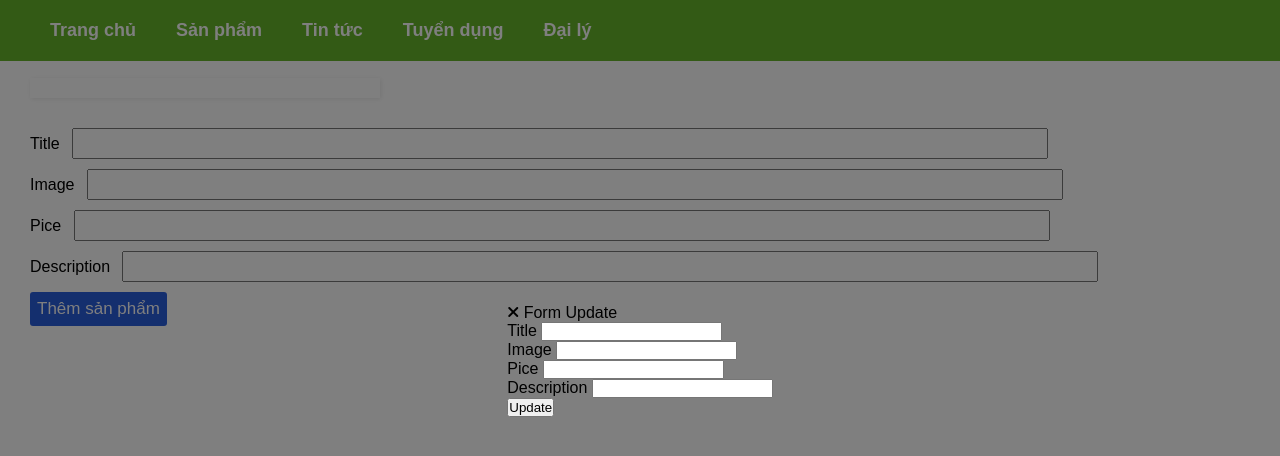
Repository: Ngoc28/CURD_HTML-CSS_JS_JSON
Page: index.html
The author's editor kept a copy of each file at every save. The page is drawn from the files as they stood at one save, then again after the next save.
The browser window is 1280 px wide. The pictures show the whole page.
The page's requests for data from a server got no answer.

Above is the page before, as saved 2023-04-11 09:36:54.

### index.html
<!DOCTYPE html>
<html lang="en">
<head>
    <meta charset="UTF-8">
    <meta http-equiv="X-UA-Compatible" content="IE=edge">
    <meta name="viewport" content="width=device-width, initial-scale=1.0">
    <title>CURD Cơ bản</title>
    <link rel="stylesheet" href="https://cdnjs.cloudflare.com/ajax/libs/font-awesome/6.4.0/css/all.min.css" integrity="sha512-iecdLmaskl7CVkqkXNQ/ZH/XLlvWZOJyj7Yy7tcenmpD1ypASozpmT/E0iPtmFIB46ZmdtAc9eNBvH0H/ZpiBw==" crossorigin="anonymous" referrerpolicy="no-referrer" />
    <link rel="stylesheet" href="./asset/css/style.css">
</head>
<body>
    <header class="header-menu">
        <ul class="list-menu">
            <li class="item-menu"><a href="">Trang chủ</a></li>
            <li class="item-menu"><a href="">Sản phẩm</a></li>
            <li class="item-menu"><a href="">Tin tức</a></li>
            <li class="item-menu"><a href="">Tuyển dụng</a></li>
            <li class="item-menu"><a href="">Đại lý</a></li>
        </ul>
    </header>
    <div class="main">
        <div class="title-product">
            <h2 class="title">Sản phẩm của chúng tôi</h2>
        </div>
        <div class="products">
            <div class="product">
                <!-- <h3 class="product-name">Coca-Cola</h3>
                <img src="https://cdn.tgdd.vn/Products/Images/2947/190310/bhx/sua-trai-cay-nutriboost-huong-cam-297ml-202202122134380628.jpg" alt="" class="product-img">
                <spam class="product-price">18.000</spam>
                <span class="product-description">Nutriboost là thức uống dinh dưỡng kết hợp sữa và nước trái cây thơm ngon, giúp bạn luôn tràn năng lượng cho một ngày làm việc hiệu quả.</span> -->
            </div>
        </div>
    </div>
    <div class="form">
        <div class="form-1">
            <label for="">Title</label>
            <input type="text" name="title">
        </div>
        <div class="form-1">
            <label for="">Image</label>
            <input type="text" name="image">
        </div>
        <div class="form-1">
            <label for="">Pice</label>
            <input type="text" name="price">
        </div>
        <div class="form-1">
            <label for="">Description</label>
            <input type="text" name="description">
        </div>
        <button type="submit" id="create">Thêm sản phẩm</button>
    </div>

    <!-- formUpdate -->
    <div class="formUpdate">
        <div class="modal">
            <header>
                <i class="fa-solid fa-xmark"></i>
                Form Update
            </header>
            <div class="form-2">
                <label for="">Title</label>
                <input type="text" name="title">
            </div>
            <div class="form-2">
                <label for="">Image</label>
                <input type="text" name="image">
            </div>
            <div class="form-2">
                <label for="">Pice</label>
                <input type="text" name="price">
            </div>
            <div class="form-2">
                <label for="">Description</label>
                <input type="text" name="description">
            </div>
            <button type="submit" id="update">Update</button>
        </div>
    </div>
    <script src="/script.js"></script>
</body>
</html>

### asset/css/style.css
*{
    padding: 0;
    margin: 0;
    box-sizing: border-box;
}

body {
    font-family: Arial, Helvetica, sans-serif;
}

.header-menu {
    position: fixed;
    top: 0;
    left: 0;
    right: 0;
    background-color: #66b62b;
    font-size: 18px;
    font-weight: 600;
}

.list-menu {
    display: flex;
    margin: 0 30px;
}

.item-menu {
    list-style: none;
}

.item-menu a {
    padding: 20px;
    display: block;
    text-decoration: none;
    color: #fff;
}

.item-menu a:hover {
    background-color: #ffd400;
    display: block;
}

/* Product */
.main {
    margin: 30px 30px 10px 30px;
}

.title-product {
    margin-bottom: 20px;
}


.title-product .title {
    text-align: center;
    color: #d72b27;
}

.products {
    display: flex;
    justify-content: space-between;
    flex-wrap: wrap;
}

.product {
    width: 350px;
    cursor: pointer;
    box-shadow: 1px 1px 5px   rgba(0, 0, 0, 0.09);
    margin-bottom: 20px;
    padding: 10px;
}


.product h3:hover {
    color: #d72b27;
}


.product-name {
    text-align: center;
}

.product-img {
    width: 100%;
    object-fit: cover;
}


.product .product-price:hover {
    color: #66b62b;
}

.product-price {
    color: #d72b27;
    margin: 10px 10px 6px;
    display: flex;
    justify-content: center;
    font-weight: 600;
}

.product-description {
    font-size: 15px;
    font-weight: 400;
    line-height: 20px;
    height: 40px;
    margin: 10px 10px 6px;
    overflow: hidden;
    display: block;
    display: -webkit-box;
    -webkit-box-orient: vertical;
    -webkit-line-clamp: 2;
}


.btn {
    display: flex;
    justify-content: center;
}


.delete-btn{
    margin-right: 10px;
}

.update-btn,
.delete-btn {
    padding: 8px;
    background-color: #66b62b;
    color: #fff;
    font-size: 15px;
    border: none;
    border-radius: 3px;
}

.update-btn:hover,
.delete-btn:hover {
    background-color: #336013;
}

/* Form */
.form {
    margin: 0 30px;

}

.form-1{
    margin-bottom: 10px;
}

.form-1 label {
    font-size: 16px;
    margin-right: 8px;
    width: 90px;
}

.form-1 input {
    padding: 5px;
    font-size: 15px;
    width: 80%;
}

.form button {
    padding: 7px;
    background-color: #295fdd;
    color: #fff;
    font-size: 17px;
    border: none;
    border-radius: 3px;
}

.form button:hover {
    background-color: #172e62;
}

/* FormUpdate */

.formUpdate {
    position:fixed;
    top: 0;
    right: 0;
    bottom: 0;
    left: 0;
    background-color: rgba(0, 0, 0, 0.5);
    display: flex;
    align-items: center;
    justify-content: center;
}

### script.js
let productsApi = 'http://localhost:3000/products';

function start() {
    getProducts(renderProducts);

    handleCreateForm()
}

start();

//lay ra san pham

function getProducts(callback) {

    fetch(productsApi)
    .then(function(response) {
        return response.json();
    })
    .then(callback);
}

function createProduct(data, callback) {
    var options = {
        method: 'POST',
        body: JSON.stringify(data),
        headers: {
            "Content-Type": "application/json",
            // 'Content-Type': 'application/x-www-form-urlencoded',
          }
    };
    fetch(productsApi, options)
        .then(function(response) {
            response.json();
        })
        .then(callback);

}

function handleDeleteProduct(id) {
    var options = {
        method: 'DELETE',
        headers: {
            "Content-Type": "application/json",
            // 'Content-Type': 'application/x-www-form-urlencoded',
          }
    };
    fetch(productsApi + '/' + id, options)
        .then(function(response) {
            response.json();
        })
        .then(function() {
           var productItem = document.querySelector('.product-item-' + id);
           if(productItem) {
            productItem.remove();
           }
        });
}


//show du lieu ra man hinh
function renderProducts(products) {
    var listProducts = document.querySelector('.products');

    var htmls = products.map(function(product) {
        return `
        <div class="product product-item-${product.id}">
            <h3 class="product-name">${product.title}</h3>
            <img src="${product.image}" class="product-img">
            <spam class="product-price">${product.price}đ</spam>
            <span class="product-description">${product.description}</span>
            <div class="btn">
                <button onclick="handleDeleteProduct(${product.id})" class="delete-btn">Delete</button>
                <button onclick="UpdateProduct()" class="update-btn">Update</button>
            </div>
        </div>`

    })

    listProducts.innerHTML = htmls.join('');
}

function handleCreateForm() {
    var createBtn = document.querySelector('#create');

    createBtn.onclick = function() {
        var title = document.querySelector('input[name="title"]').value;
        var image = document.querySelector('input[name="image"]').value;
        var price = document.querySelector('input[name="price"]').value;
        var description = document.querySelector('input[name="description"]').value;

        var formData = {
            title: title,
            image: image,
            price: price,
            description: description
        }

        createProduct(formData, function() {
            getProducts(renderProducts);
        });

    }
}

After the next save:
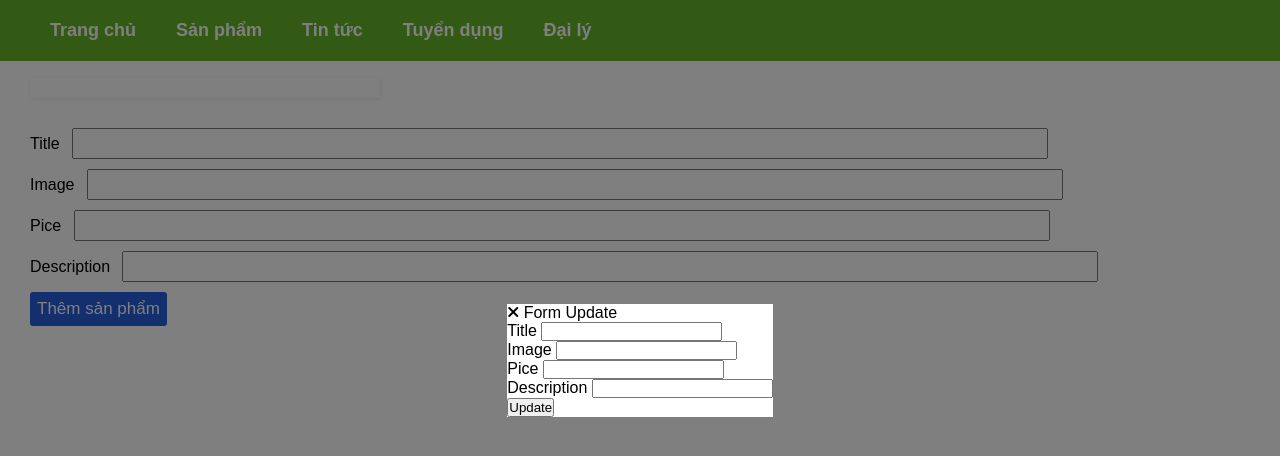
Saved 10 s later.
--- a/asset/css/style.css
+++ b/asset/css/style.css
@@ -183,3 +183,7 @@ body {
     align-items: center;
     justify-content: center;
 }
+
+.modal {
+    background-color: #fff;
+}
